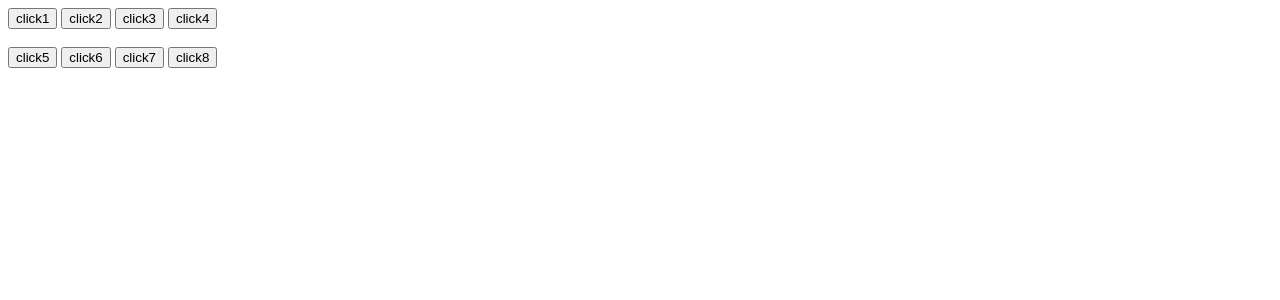
Repository: hong-bi/JsonStudy
Page: JsonApp01/WebContent/JsonTest09.html
The author's editor kept a copy of each file at every save. The page is drawn from the files as they stood at one save, then again after the next save.
The browser window is 1280 px wide. The pictures show the whole page.

Above is the page before, as saved 2019-05-31 06:31:08.

After the next save:
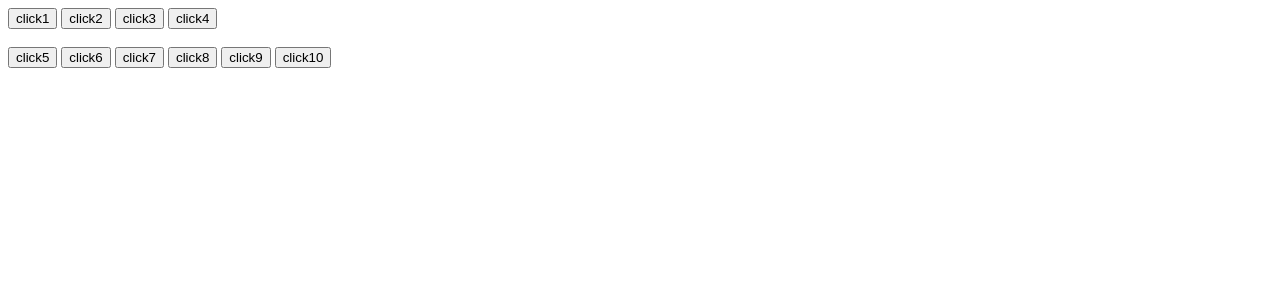
Saved 22 s later.
--- a/JsonApp01/WebContent/JsonTest09.html
+++ b/JsonApp01/WebContent/JsonTest09.html
@@ -29,4 +29,10 @@
 	<input type="button" value="click8"
 	onclick="obj4.test=123; alert(typeof obj4.test)">
 
+	<input type="button" value="click9"
+	onclick="obj4.test='123'; alert(obj4.test)">
+
+	<input type="button" value="click10"
+	onclick="obj4.test='123'; alert(typeof obj4.test)">
+
 </form>
